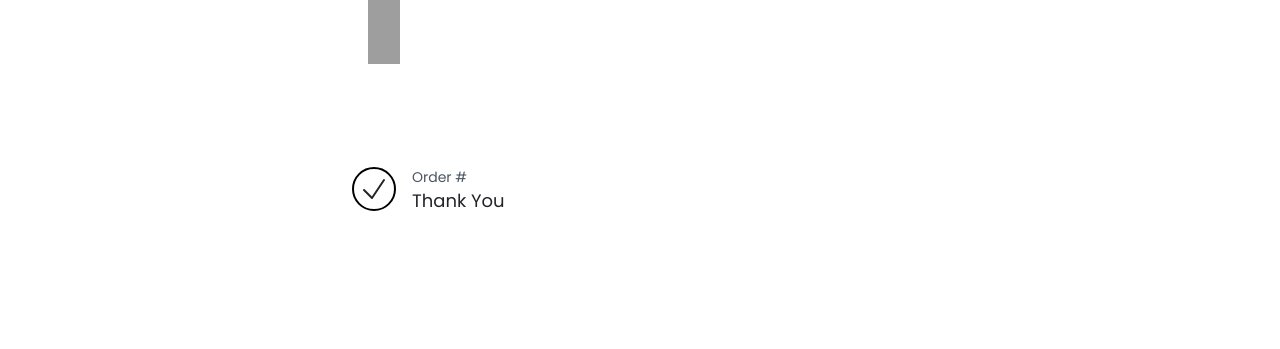
Repository: Deonorla/apple_redesign
Page: /success
These files come from the project's save history. The page is drawn as it stood at one moment and after the next save; the edit follows.
The browser window is 1280 px wide. The pictures show the whole page.
Pictures or frames that could not be fetched are drawn as grey boxes. The project was rebuilt for these pictures with package versions that can differ from the ones it lists, and the page was loaded fresh each time. The framework's server and built-in components were replaced by stand-ins that run in the browser. Also part of the build but not shown: next.config.js.

Above is the page before, as saved 2024-02-06 00:39:40.

### pages/_app.tsx
import "@/styles/globals.css";
import type { AppProps } from "next/app";
import Head from "next/head";
import { Provider } from "react-redux";
import { store } from "../redux/store";
import { Toaster } from "react-hot-toast";

export default function App({ Component, pageProps }: AppProps) {
  return (
    <Provider store={store}>
      <Head>
        <title>Apple Redesign</title>
      </Head>
      <Toaster />
      <Component {...pageProps} />
    </Provider>
  );
}

### pages/success.tsx
import Head from "next/head";
import Link from "next/link";
import Image from "next/image";
import React from "react";
import { CheckIcon } from "@heroicons/react/24/outline";
import { useRouter } from "next/router";

const success = () => {
  const router = useRouter();
  const { session_id } = router.query;
  return (
    <div>
      <Head>
        <title>Thank you! - Apple</title>
        <link rel="icon" href="/favicon.ico" />
      </Head>
      <header className="mx-auto max-w-xl">
        <Link href="/">
          <div className="relative ml-4 h-16 w-8 cursor-pointer transition lg:inline-flex ">
            <Image
              src="https://www.freeiconspng.com/uploads/apple-icon-4.png"
              width={90}
              height={90}
              alt=""
            />
          </div>
        </Link>
      </header>
      <main className="">
        <section className="lg:mx-w-none order-2 mx-auto max-w-xl pb-12 lg:pr-16 lg:pt-16 2xl:pl-44">
          <div className="my-8 ml-4 flex space-x-4 lg:ml-14 xl:ml-0">
            <div className="flex h-11 w-11 items-center justify-center rounded-full border-2 border-black">
              <CheckIcon className="h-8 w-8" />
            </div>
            <div>
              <p className="text-sm text-gray-600">
                Order #{session_id?.slice(-5)}
              </p>
              <h4 className="text-lg">
                Thank You
                {/* {session ? session?.user?.name..split(" ")[0] : "Guest"} */}
              </h4>
            </div>
          </div>
        </section>
      </main>
    </div>
  );
};

export default success;

### styles/globals.css
@import url("https://fonts.googleapis.com/css2?family=Poppins:ital,wght@0,100;0,200;0,300;0,400;0,500;0,600;0,700;0,800;0,900;1,100;1,200;1,300;1,400;1,500;1,600;1,700;1,800;1,900&family=Ultra&display=swap");

@tailwind base;
@tailwind components;
@tailwind utilities;

:root {
  --foreground-rgb: 0, 0, 0;
  --background-start-rgb: 214, 219, 220;
  --background-end-rgb: 255, 255, 255;
}

@media (prefers-color-scheme: dark) {
  :root {
    --foreground-rgb: 255, 255, 255;
    --background-start-rgb: 0, 0, 0;
    --background-end-rgb: 0, 0, 0;
  }
}

@layer base {
  body {
    @apply font-body text-[#232428];
  }
}

@layer components {
  .headerLink {
    @apply cursor-pointer opacity-75 transition hover:opacity-100;
  }
  .headerIcon {
    @apply h-6 w-6 cursor-pointer opacity-75 transition hover:opacity-100;
  }
  .link {
    @apply relative cursor-pointer text-lg font-medium before:absolute before:inset-x-0
    before:-bottom-1.5 before:h-0.5 before:origin-left before:scale-x-0 before:transform before:rounded-bl before:bg-black before:transition-all before:duration-200 hover:before:scale-x-100;
  }
  .borderGradient {
    text-align: center;
    padding-bottom: 5px;
    background: linear-gradient(to right, #ec4899, #8b5cf6) left bottom
      no-repeat;
    background-size: 100% 2px;
  }

  .tabPanel {
    @apply grid grid-cols-1 gap-8 sm:grid-cols-2 md:grid-cols-1 lg:grid-cols-2 xl:grid-cols-3;
  }
}

### redux/store.ts
import { configureStore } from "@reduxjs/toolkit";
import basketReducer from "./slices/basketSlice";
export const store = configureStore({
  reducer: {
    basket: basketReducer,
  },
});

export type RootState = ReturnType<typeof store.getState>;
export type AppDispatch = typeof store.dispatch;

### redux/slices/basketSlice.ts
import { createSlice } from "@reduxjs/toolkit";
import type { PayloadAction } from "@reduxjs/toolkit";
import { RootState } from "../store";

export interface BasketState {
  items: Product[];
}

const initialState: BasketState = {
  items: [],
};

export const basketSlice = createSlice({
  name: "basket",
  initialState,
  reducers: {
    addToBasket: (state: BasketState, action: PayloadAction<Product>) => {
      state.items = [...state.items, action.payload];
    },
    removeFromBasket: (
      state: BasketState,
      action: PayloadAction<{ id: string }>
    ) => {
      const index = state.items.findIndex(
        (item: Product) => item._id === action.payload.id
      );

      let newBasket = [...state.items];
      if (index >= 0) {
        newBasket.splice(index, 1);
      } else {
        console.log(`can\'t remove product (id: ${action.payload.id})`);
      }
      state.items = newBasket;
    },
  },
});

export const { addToBasket, removeFromBasket } = basketSlice.actions;

export const selectBasketItems = (state: RootState) => state.basket.items;
export const selectBasketItemsWithId = (state: RootState, id: string) => {
  state.basket.items.filter((item: Product) => item._id === id);
};

export const selectBasketTotal = (state: RootState) => {
  const result = state.basket.items.reduce(
    (total: number, item: Product) => (total += item.price),
    0
  );
  return result;
};

export default basketSlice.reducer;

### tailwind.config.js
/** @type {import('tailwindcss').Config} */
module.exports = {
  content: [
    "./pages/**/*.{js,ts,jsx,tsx,mdx}",
    "./components/**/*.{js,ts,jsx,tsx,mdx}",
    "./app/**/*.{js,ts,jsx,tsx,mdx}",
  ],
  theme: {
    extend: {
      fontFamily: {
        body: ["Poppins", "sans-serif"],
      },
      backgroundImage: {
        "gradient-radial": "radial-gradient(var(--tw-gradient-stops))",
        "gradient-conic":
          "conic-gradient(from 180deg at 50% 50%, var(--tw-gradient-stops))",
      },
    },
  },
  plugins: [],
};

Loaded but not shown: pages/_document.tsx (common file)

After the next save:
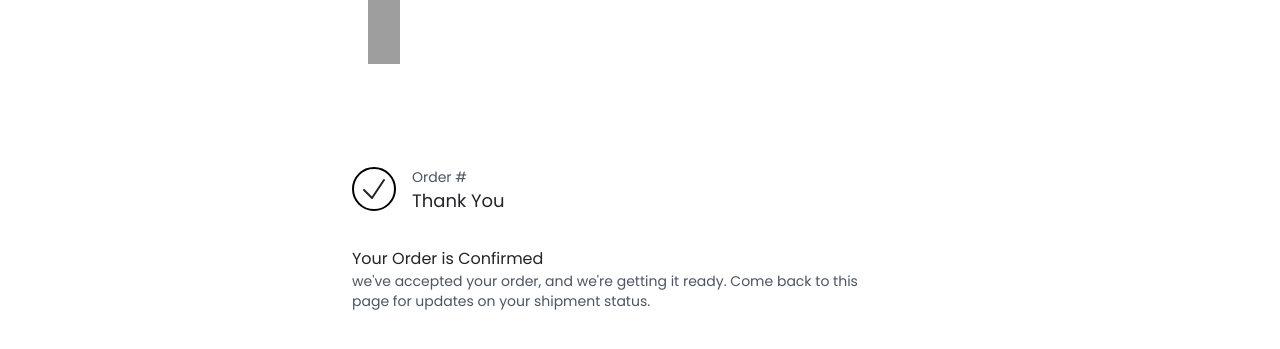
Saved 3 min 46 s later.
--- a/pages/success.tsx
+++ b/pages/success.tsx
@@ -42,6 +42,15 @@
               </h4>
             </div>
           </div>
+          <div>
+            <div>
+              <p>Your Order is Confirmed</p>
+              <p className="text-sm text-gray-600">
+                we've accepted your order, and we're getting it ready. Come back
+                to this page for updates on your shipment status.
+              </p>
+            </div>
+          </div>
         </section>
       </main>
     </div>
